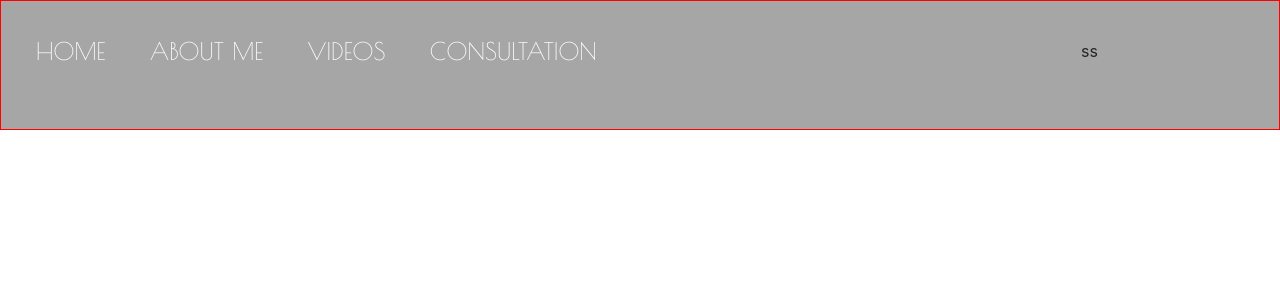
Repository: Aleksandre19/cv-ucmp
Page: index.html
The author's editor kept a record of every edit. The page is drawn from the files as they stood at one moment, then again after the next edit.
The browser window is 1280 px wide. The pictures show the whole page.

Above is the page before.

After the next edit:
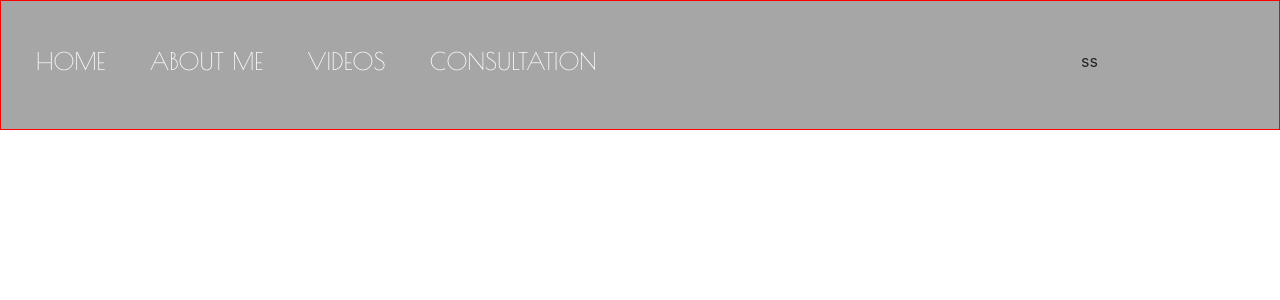
The edit:
--- a/assets/css/style.css
+++ b/assets/css/style.css
@@ -35,7 +35,7 @@
 /*  Main Menu */
 
 .main-menu, .social-links{
-    line-height: 100px;
+    line-height: 120px;
 }
 
 .main-menu li{
